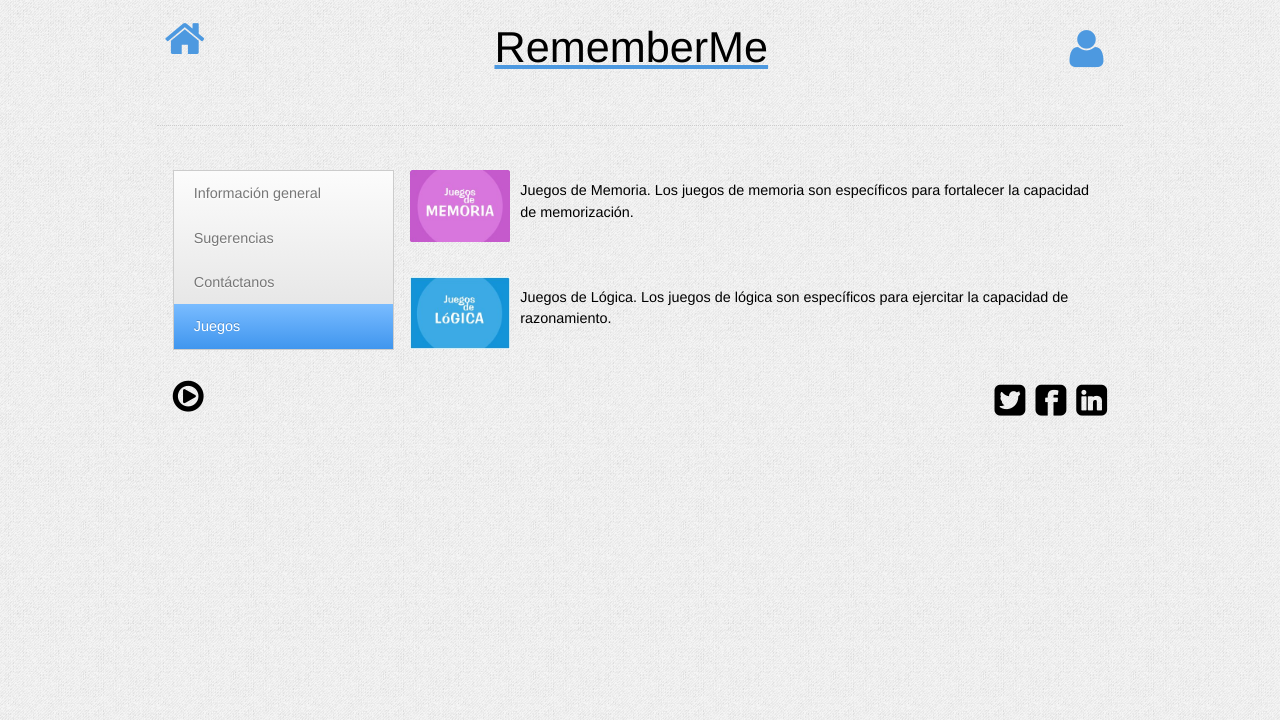
Repository: SCeruso/RememberMe
Page: contenidojuegos.html
The author's editor kept a record of every edit. The page is drawn from the files as they stood at one moment, then again after the next edit.
The browser window is 1280 px wide. The pictures show the whole page.
Some web libraries are served in a nearby version.

Above is the page before.

After the next edit:
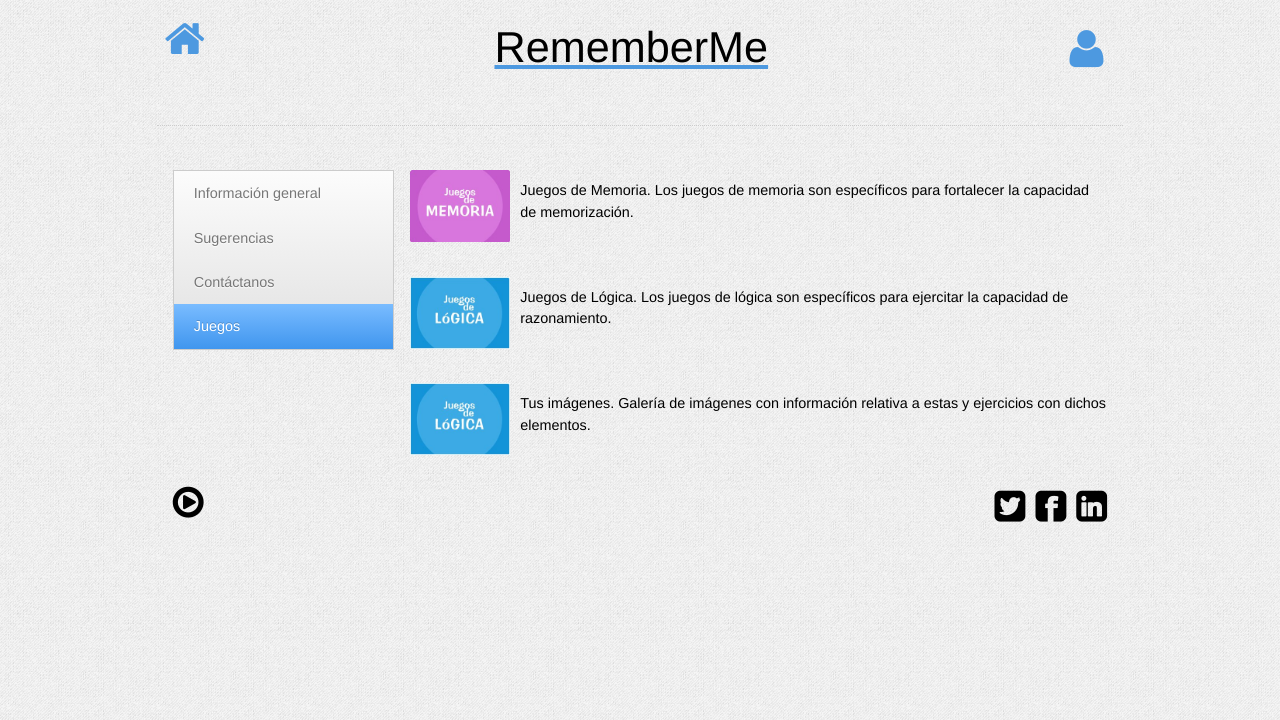
The edit:
--- a/contenidojuegos.html
+++ b/contenidojuegos.html
@@ -51,6 +51,11 @@
 	<p>Juegos de Lógica.
 	Los juegos de lógica son específicos para ejercitar la capacidad de razonamiento.
 	</p>
+	<br></br>
+	<img class="align-left" src="logica.jpg" width="100" height="100" />
+	<p>Tus imágenes.
+	Galería de imágenes con información relativa a estas y ejercicios con dichos elementos.
+	</p>
 	</div>
 
     <div class="col_12">
